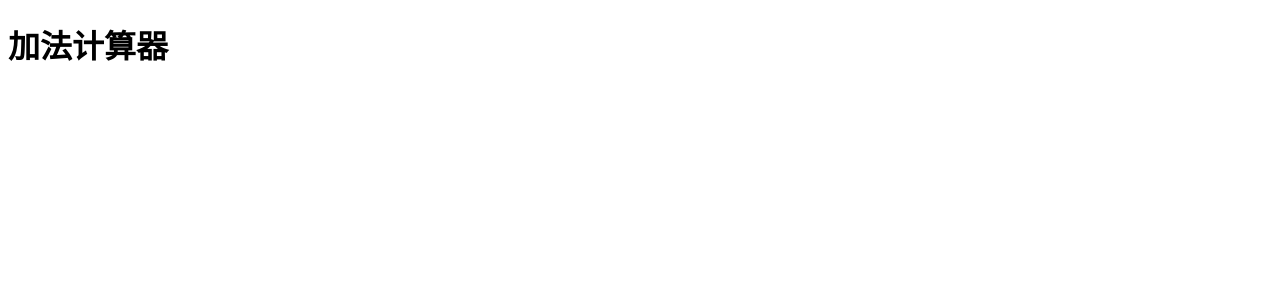
Repository: PeiroJack/eclipse-workspace
Page: FirstServlet/WebContent/calculator.html
An editor plug-in stored every save of this project. The page is shown before and after the next save, followed by the edit.
The browser window is 1280 px wide. The pictures show the whole page.

Above is the page before, as saved 2020-03-12 14:59:53.

### FirstServlet/WebContent/calculator.html
<!DOCTYPE html>
<html>
<head>
<meta charset="UTF-8">
<title>Insert title here</title>
</head>
<body>
	<h1>加法计算器</h1>
	<form action="/FirstServlet/calculator">

	</form>
</body>
</html>

After the next save:
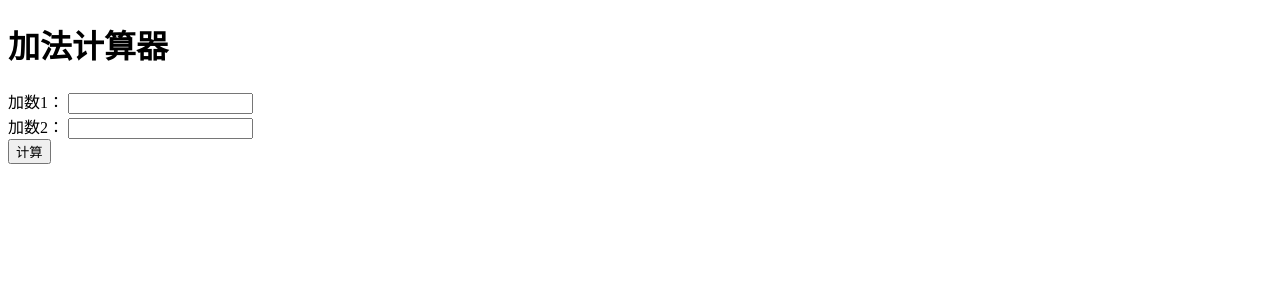
Saved 2 min 47 s later.
--- a/FirstServlet/WebContent/calculator.html
+++ b/FirstServlet/WebContent/calculator.html
@@ -7,7 +7,15 @@
 <body>
 	<h1>加法计算器</h1>
 	<form action="/FirstServlet/calculator">
-
+		<div>
+			<label>加数1：</label>
+			<input type="text" name="num1"/>
+		</div>
+		<div>
+			<label>加数2：</label>
+			<input type="text" name="num2"/>
+		</div>
+		<input type="submit" value="计算">
 	</form>
 </body>
 </html>
